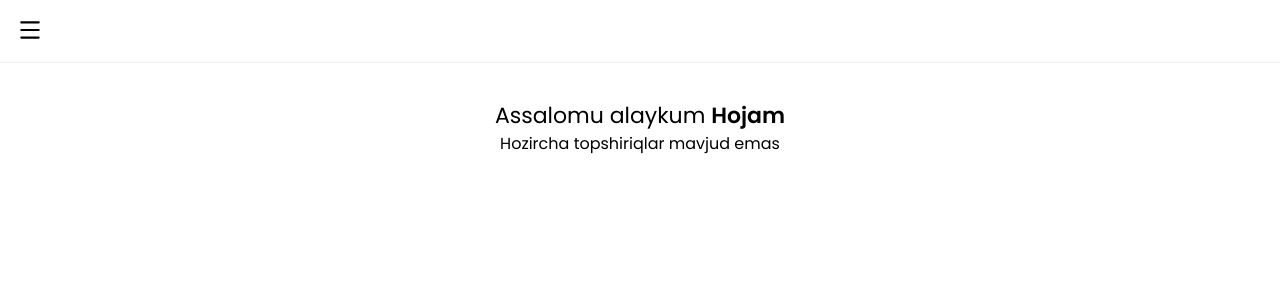
Repository: zaynobiddinovofficel-debug/KotibaAI
Page: / (app in web/)
An editor plug-in stored every save of this project. The page is shown before and after a run of saves, followed by the edit.
The browser window is 1280 px wide. The pictures show the whole page.
Some web fonts or font styles are not loaded; a fallback is used. The project was rebuilt for these pictures with package versions that can differ from the ones it lists, and the page was loaded fresh each time. Also part of the build but not shown: web/vite.config.js.

Above is the page before, as saved 2026-03-25 20:13:13.

### web/index.html
<!doctype html>
<html lang="en">
  <head>
    <meta charset="UTF-8" />
    <link rel="icon" type="image/svg+xml" href="/vite.svg" />
    <meta name="viewport" content="width=device-width, initial-scale=1.0" />
    <title>web</title>
    <link rel="preconnect" href="https://fonts.googleapis.com">
    <link rel="preconnect" href="https://fonts.gstatic.com" crossorigin>
    <link href="https://fonts.googleapis.com/css2?family=Barlow+Semi+Condensed:ital,wght@0,100;0,200;0,300;0,400;0,500;0,600;0,700;0,800;0,900;1,100;1,200;1,300;1,400;1,500;1,600;1,700;1,800;1,900&family=Big+Shoulders:opsz,wght@10..72,100..900&family=Chewy&family=Inter:ital,opsz,wght@0,14..32,100..900;1,14..32,100..900&family=Lexend+Deca:wght@100..900&family=Poppins:ital,wght@0,100;0,200;0,300;0,400;0,500;0,600;0,700;0,800;0,900;1,100;1,200;1,300;1,400;1,500;1,600;1,700;1,800;1,900&family=Roboto+Condensed:ital,wght@0,100..900;1,100..900&display=swap" rel="stylesheet">
  </head>
  <body class="font-[Poppins]">
    <div id="root"></div>
    <script type="module" src="/src/main.jsx"></script>
  </body>
</html>

### web/src/App.jsx
import { Button } from "@/components/ui/button"
import { MenuIcon } from "lucide-react"
import React from "react"
export default function App() {
  const [tasks,setTasks] = React.useState(localStorage.getItem("tasks"));
  const [username,setUsername] = React.useState(localStorage.getItem("username"));
  return (
    <>
    <div className="px-3 py-3 max-w-[1280px] w-full border-b border-b-[#0001]">
      <Button className={`w-[36px]`} variant={'ghost'}>
        <MenuIcon className="size-6.5" />
      </Button>
    </div>
    {tasks??
    <div className="px-3 py-3 max-w-[1280px] w-full flex flex-col items-center my-6">
    <span className="text-[22px]">Assalomu alaykum <b className="font-[550]">
      {username==null?"Hojam":username}
    </b></span>
    <span>Hozircha topshiriqlar mavjud emas</span>
    </div>}
    </>
  )
}

### web/src/components/ui/button.jsx
import * as React from "react"
import { Slot } from "@radix-ui/react-slot"
import { cva } from "class-variance-authority"

import { cn } from "@/lib/utils"

const buttonVariants = cva(
  "inline-flex items-center justify-center gap-2 whitespace-nowrap rounded-md text-sm font-medium transition-[color,box-shadow,transform] !duration-0 disabled:pointer-events-none disabled:opacity-50 [&_svg]:pointer-events-none [&_svg:not([class*='size-'])]:size-4 shrink-0 [&_svg]:shrink-0 outline-none focus-visible:border-ring focus-visible:ring-ring/50 focus-visible:ring-[3px] aria-invalid:ring-destructive/20 dark:aria-invalid:ring-destructive/40 aria-invalid:border-destructive active:scale-[0.98]",
  {
    variants: {
      variant: {
        default:
          "bg-primary text-primary-foreground shadow-xs hover:bg-primary/90",
        destructive:
          "bg-destructive text-white shadow-xs hover:bg-destructive/90 focus-visible:ring-destructive/20",
        outline:
          "border bg-background shadow-xs hover:bg-accent hover:text-accent-foreground",
        secondary:
          "bg-secondary text-secondary-foreground shadow-xs hover:bg-secondary/80",
        ghost: "hover:bg-accent hover:text-accent-foreground",
        link: "text-primary underline-offset-4 hover:underline",
      },
      size: {
        default: "h-9 px-4 py-2",
        sm: "h-8 rounded-md gap-1.5 px-3",
        lg: "h-10 rounded-md px-6",
        icon: "size-9",
      },
    },
    defaultVariants: {
      variant: "default",
      size: "default",
    },
  }
)

function Button({ className, variant, size, asChild = false, ...props }) {
  const Comp = asChild ? Slot : "button"

  return (
    <Comp
      data-slot="button"
      className={cn(buttonVariants({ variant, size, className }))}
      {...props}
    />
  )
}

export { Button, buttonVariants }

Loaded but not shown: web/src/main.jsx (common file); web/src/index.css (common file); web/src/lib/utils.js (common file)

After the next 3 saves:
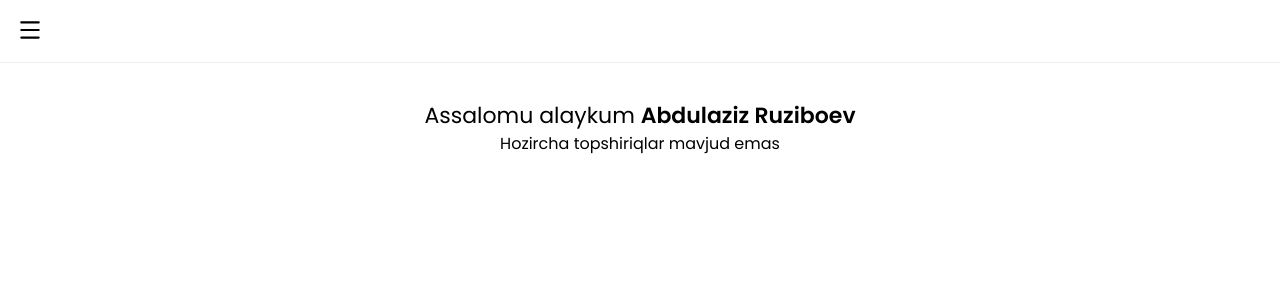
The 3 saves are shown as one change because they came seconds apart.
The last was saved 41 s later.
--- a/web/src/App.jsx
+++ b/web/src/App.jsx
@@ -14,7 +14,7 @@
     {tasks??
     <div className="px-3 py-3 max-w-[1280px] w-full flex flex-col items-center my-6">
     <span className="text-[22px]">Assalomu alaykum <b className="font-[550]">
-      {username==null?"Hojam":username}
+      {username==null?"Abdulaziz Ruziboev":username}
     </b></span>
     <span>Hozircha topshiriqlar mavjud emas</span>
     </div>}

After the 2 saves that followed:
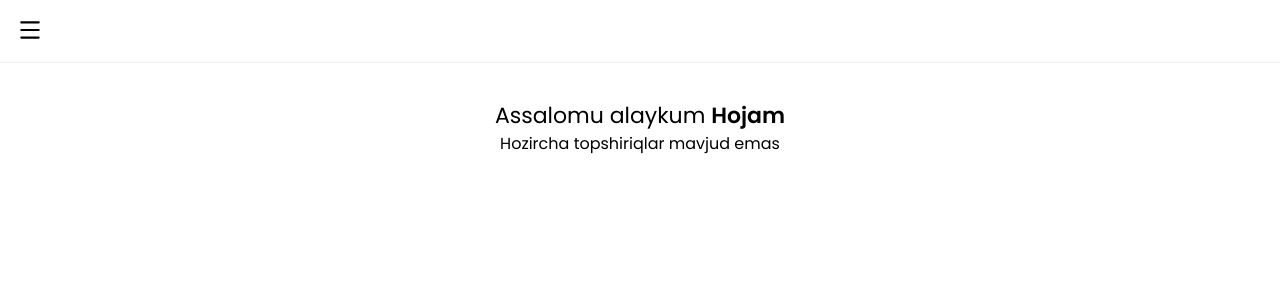
The 2 saves are shown as one change because 1 left the picture as it was.
The last was saved 19 s later.
--- a/web/src/App.jsx
+++ b/web/src/App.jsx
@@ -12,9 +12,9 @@
       </Button>
     </div>
     {tasks??
-    <div className="px-3 py-3 max-w-[1280px] w-full flex flex-col items-center my-6">
+    <div className="px-3 py-3 max-w-[1280px] w-full flex flex-col items-center my-6 text-center">
     <span className="text-[22px]">Assalomu alaykum <b className="font-[550]">
-      {username==null?"Abdulaziz Ruziboev":username}
+      {username==null?"Hojam":username}
     </b></span>
     <span>Hozircha topshiriqlar mavjud emas</span>
     </div>}
